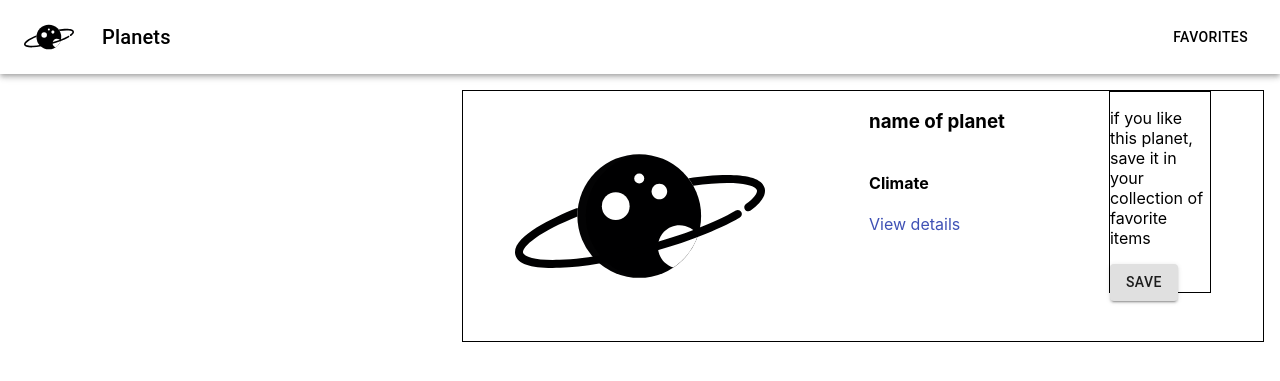
Repository: samridhie01/assignment
Page: /
The author's editor kept a copy of each file at every save. The page is drawn from the files as they stood at one save, then again after the next save.
The browser window is 1280 px wide. The pictures show the whole page.
The page's requests for data from a server got no answer. The project was rebuilt for these pictures with package versions that can differ from the ones it lists, and the page was loaded fresh each time. No one was signed in, and anything a server would have sent is missing.

Above is the page before, as saved 2020-08-19 21:59:46.

### src/components/app/App.tsx
import React, { useEffect } from "react";
import axios, { AxiosResponse } from 'axios';
import { useStyles } from "./AppStyle";
import PropTypes from "prop-types";
import Header from "../header/Header";
import Planets from "../planets/Planets";



const App = () => {
  const classes = useStyles();

  useEffect( ()=>{
   const result = axios({
     method: 'GET',
     url: `https://swapi.dev/api/planets`
   }).then((response:AxiosResponse)=>{
    console.log( response.data.results);
   })



  })
  return (
    <>
    <Header />
    <Planets/>
    </>

  );
};
export default App;

### src/components/app/AppStyle.ts
import {makeStyles, createStyles, Theme} from '@material-ui/core/styles';



export const useStyles = makeStyles((theme: Theme) => createStyles({
  root: {
    flexGrow: 1,
  },
  menuButton: {
    marginRight: theme.spacing(2),
  },
  title: {
    flexGrow: 1,
  },

}));

### src/components/header/Header.tsx
import React from "react";
import AppBar from "@material-ui/core/AppBar";
import {Toolbar, makeStyles, createStyles, IconButton, Button,Theme} from "@material-ui/core";
import {ReactComponent as PlanetIcon} from "../../assets/planet.svg";
import Typography from "@material-ui/core/Typography";

const useStyles = makeStyles((theme: Theme) =>
  createStyles({
    root: {
      flexGrow: 1,
    },
    menuButton: {
      marginRight: theme.spacing(2),
    },
    title: {
      flexGrow: 1,
    },
    logo: {
       width: 50,
       height: 50
      },
  }),
);


const Header =  ()=>{
    const classes=useStyles();
return(
<AppBar color="inherit"  position="static">
    <Toolbar>
        <IconButton edge="start" className={classes.menuButton} color="inherit" aria-label="menu">
        <PlanetIcon className={classes.logo}/>
        </IconButton>
        <Typography variant="h6" className={classes.title}>
            Planets
        </Typography>
        <Button color="inherit">Favorites</Button>
    </Toolbar>
</AppBar>
)


}

export default Header;

### src/components/planets/Planets.tsx
import React from "react";
import { makeStyles } from "@material-ui/core/styles";
import { Box, Link, Button } from "@material-ui/core";
import { ReactComponent as PlanetIcon } from "../../assets/planet.svg";

const useStyles = makeStyles({
  flexContainer: {
    display: "flex",
    flexDirection: "row",
    justifyContent: "space-around",
    float: "right"
  },
  flexContainer2: {
    display: "flex",
    flexDirection: "column"
  },

  bullet: {
    display: "inline-block",
    margin: "0 2px",
    transform: "scale(0.8)"
  },
  title: {
    fontSize: 14
  },
  pos: {
    marginBottom: 12
  }
});

export default function Planets() {
  const classes = useStyles();
  const bull = <span className={classes.bullet}>•</span>;

  return (
    <Box m={2} border={1} width={800} className={classes.flexContainer}>
      <PlanetIcon />
      <div className={classes.flexContainer2}>
        <h3>name of planet</h3>
        <h4>Climate</h4>
        <Link>View details</Link>
      </div>
      <Box border={1} width={100} height={200}>
          <p>if you like this planet, save it in your collection of favorite items</p>
          <Button variant="contained" >Save</Button>
      </Box>
    </Box>
  );
}

### src/components/searchBox/SearchBox.tsx
import React from "react";
import { Button, Box, TextField, Theme, makeStyles, createStyles } from "@material-ui/core";

const useStyles = makeStyles((theme: Theme) =>
  createStyles({
    dotted: {
         borderStyle: 'dotted',
         padding: '10px'
    }
  }),
);

const Planets = () => {
    const classes= useStyles();
  return (
    <>

    <Box height="250%" border={1} m={2} width={120} display="inline-block" className={classes.dotted}>
     <TextField variant="outlined"/>
     <Button variant="contained">Search</Button>
      </Box>
    </>
  );
};

export default Planets;

Loaded but not shown: public/index.html (common file); src/index.tsx (common file); src/index.css (common file); src/serviceWorker.ts (common file)

After the next save:
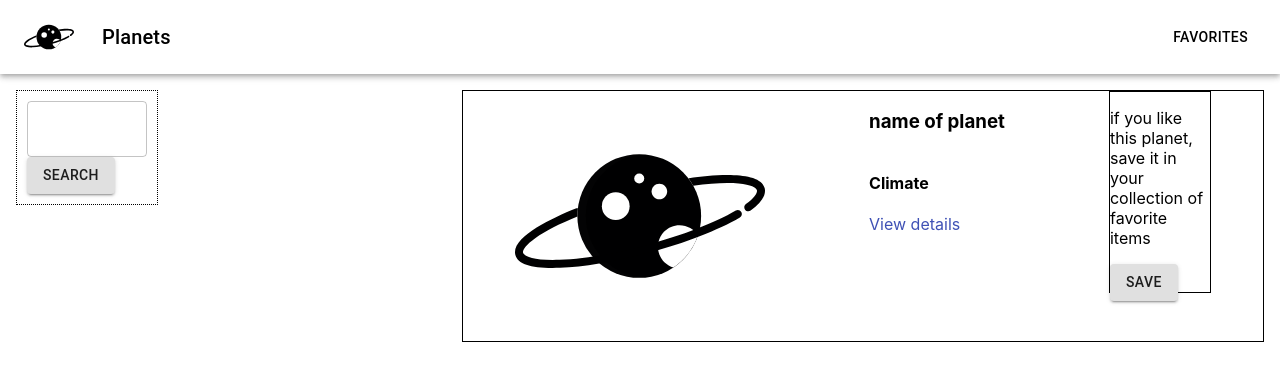
Saved 74 s later.
--- a/src/components/app/App.tsx
+++ b/src/components/app/App.tsx
@@ -4,6 +4,7 @@ import { useStyles } from "./AppStyle";
 import PropTypes from "prop-types";
 import Header from "../header/Header";
 import Planets from "../planets/Planets";
+import SearchBox from "../searchBox/SearchBox";
 
 
 
@@ -24,7 +25,9 @@ const App = () => {
   return (
     <>
     <Header />
+    <SearchBox />
     <Planets/>
+
     </>
 
   );
